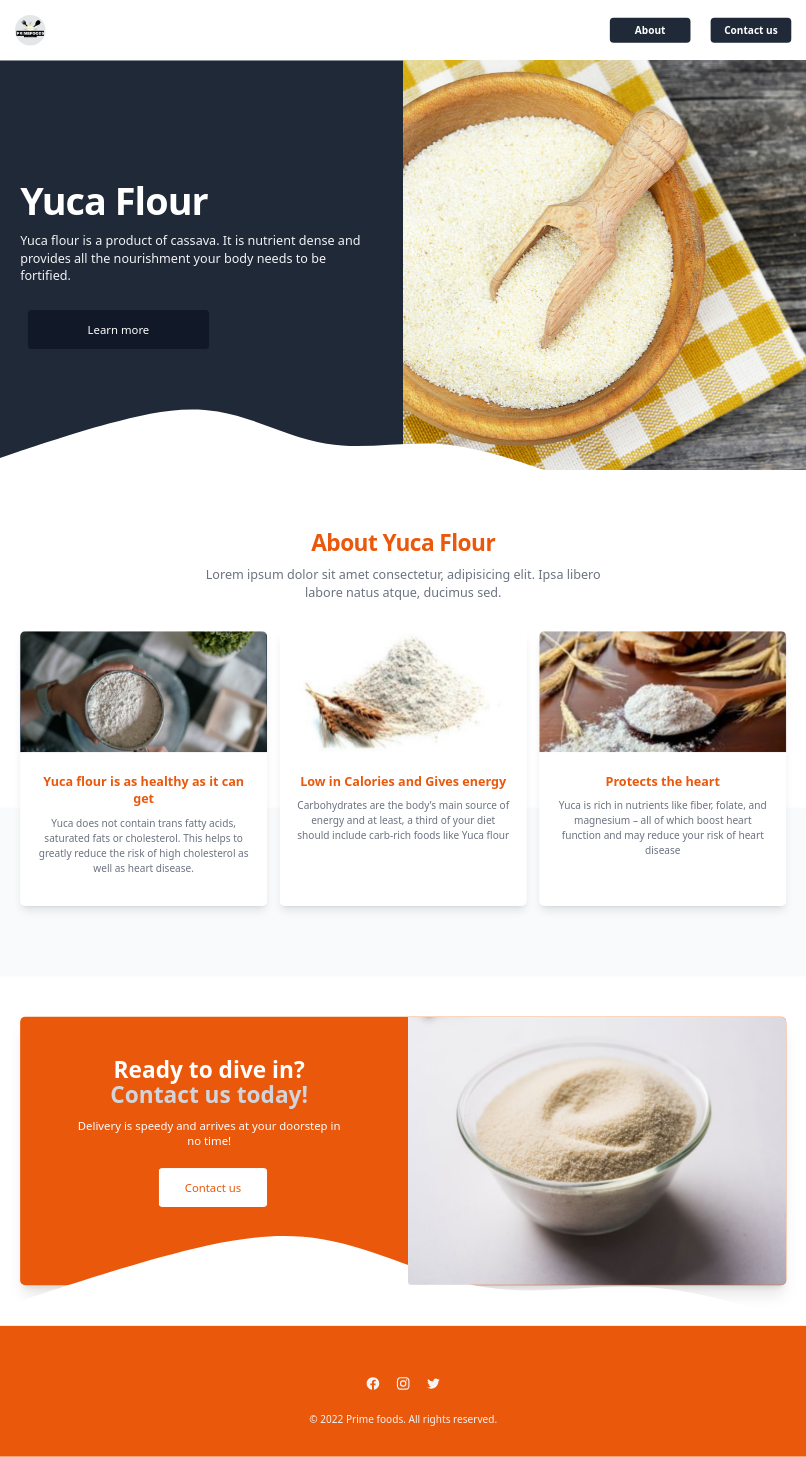
Repository: bellatrick/prime-foods
Page: /
An editor plug-in stored every save of this project. The page is shown before and after the next save, followed by the edit.
The browser window is 1280 px wide. The pictures show the whole page, at 63% of full size.
Some web fonts or font styles are not loaded; a fallback is used. The project was rebuilt for these pictures with package versions that can differ from the ones it lists, and the page was loaded fresh each time.

Above is the page before, as saved 2022-05-01 11:43:57.

After the next save:
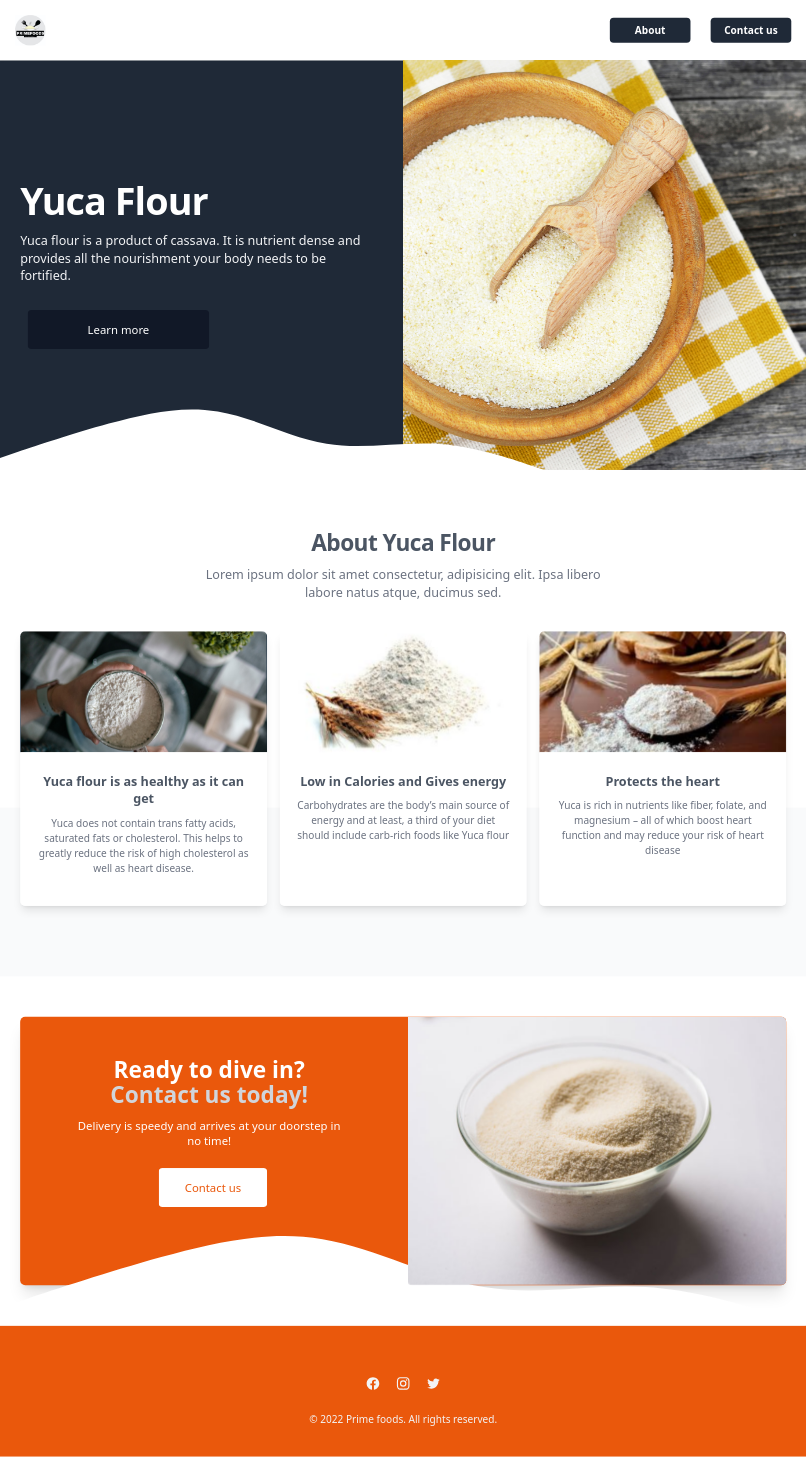
Saved 34 s later.
--- a/src/components/Features.jsx
+++ b/src/components/Features.jsx
@@ -32,7 +32,7 @@ export default function Example() {
       </div>
       <div className="relative max-w-7xl mx-auto">
         <div className="text-center">
-          <h2 className="text-3xl tracking-tight font-extrabold text-orange-600 sm:text-4xl">
+          <h2 className="text-3xl tracking-tight font-extrabold text-gray-600 sm:text-4xl">
             About Yuca Flour
           </h2>
           <p className="mt-3 max-w-2xl mx-auto text-xl text-gray-500 sm:mt-4">
@@ -58,7 +58,7 @@ export default function Example() {
                   <div className="flex-1 bg-white p-6 flex flex-col justify-between">
                     <div className="flex-1">
                       <a href={post.href} className="block mt-2">
-                        <p className="text-xl font-semibold text-orange-600">
+                        <p className="text-xl font-semibold text-gray-600">
                           {post.title}
                         </p>
                         <p className="mt-3 text-base text-gray-500">
